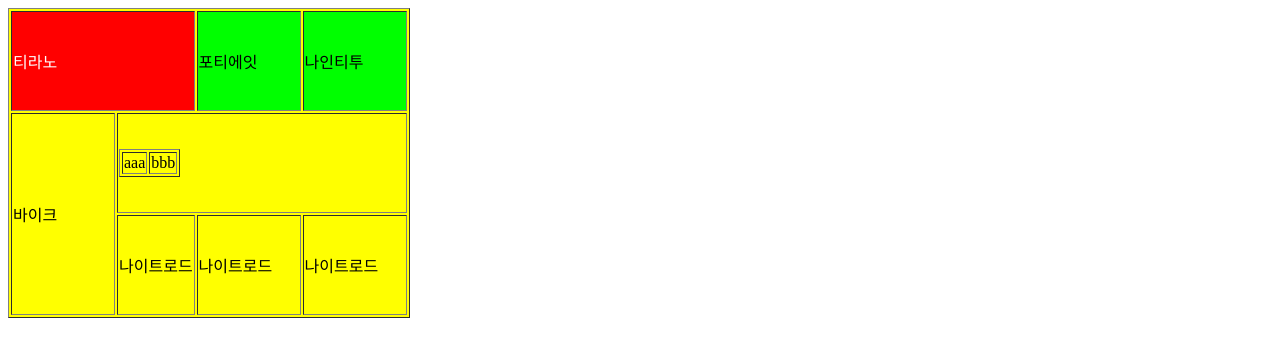
Repository: shouvoo/bitAcademy
Page: work/jsp/htmlProj/WebContent/basic/table.html
These files come from the project's save history. The page is drawn as it stood at one moment and after the next save; the edit follows.
The browser window is 1280 px wide. The pictures show the whole page.

Above is the page before, as saved 2017-09-26 02:05:25.

After the next save:
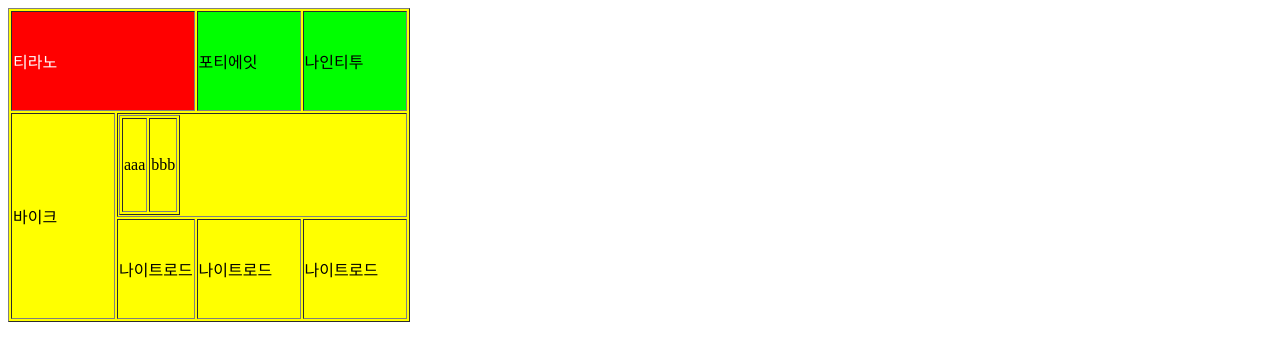
Saved 27 s later.
--- a/work/jsp/htmlProj/WebContent/basic/table.html
+++ b/work/jsp/htmlProj/WebContent/basic/table.html
@@ -17,7 +17,7 @@
 				<td width="100" rowspan="2">바이크</td> <!-- &nbsp; 빈칸을 넣어준다 -->
 				<td colspan="3" width="100">
 
-					<table border="1">
+					<table border="1" height="100">
 						<td>aaa</td>
 						<td>bbb</td>
 					</table>
